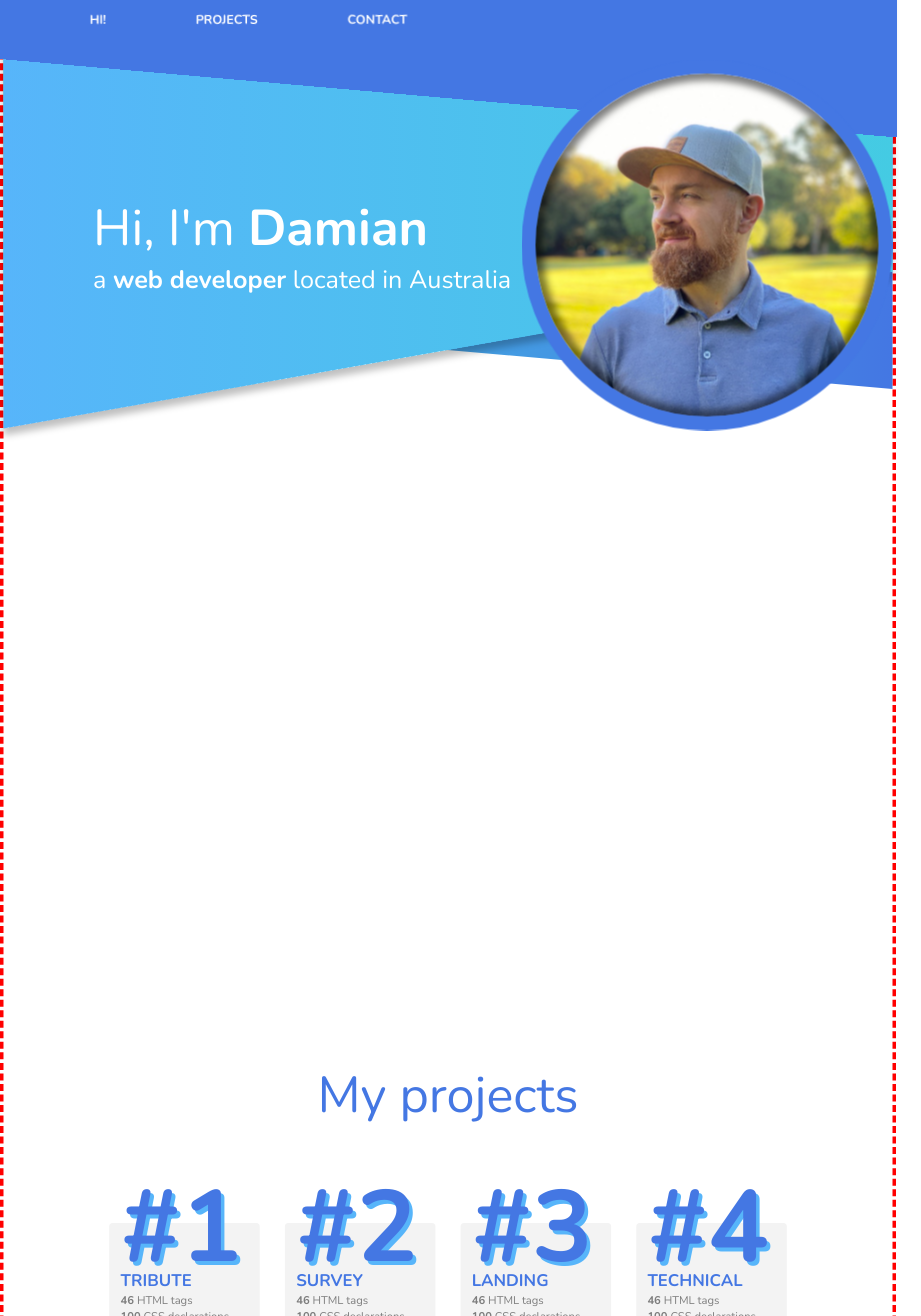
Repository: Colo-Codes/freecodecamp-05-Personal-Portfolio-Webpage
Page: index.html
These files come from the project's save history. The page is drawn as it stood at one moment and after the next save; the edit follows.
The browser window is 1280 px wide. The page is 1316 px wide, so the pictures cover 1316 px, including what lies to the right of the window. The pictures show the part of the page from y = 0 to 1880 px (the page is 2675 px tall before and 1160 px after), at 70% of full size.

Above is the page before, as saved 2021-06-04 07:10:38.

### index.html
<!DOCTYPE html>
<html lang="en">
<head>
    <meta charset="UTF-8">
    <meta http-equiv="X-UA-Compatible" content="IE=edge">
    <meta name="viewport" content="width=device-width, initial-scale=1.0">
    <link rel="preconnect" href="https://fonts.gstatic.com">
    <link href="https://fonts.googleapis.com/css2?family=Nunito:wght@300;400;700&display=swap" rel="stylesheet">
    <link rel="stylesheet" href="./css/index.css">
    <title>Personal Portfolio Webpage</title>
</head>
<body>
    <header>
        <navbar id="navbar">
            <div id="navbar-container">
                <ul id="navbar-flex-container">
                    <li class="navbar-flex-item">Hi!</li>
                    <li class="navbar-flex-item">Projects</li>
                    <li class="navbar-flex-item">Contact</li>
                </ul>
            </div>
        </navbar>
    </header>

    <section id="welcome-section">
            <div id="welcome-section-container">
                    <div id="hero-img" role="img" aria-label="Damian's profile picture: he has a hat, beard, and he is looking left while standing on a green field."></div>
                <div id="hero-text-container">
                    <h1>Hi, I'm <strong>Damian</strong></h1>
                    <p>a <strong>web developer</strong> located in Australia</p>
                </div>
            </div>
            <div id="top-layer"></div>
            <div id="bottom-layer">
                <div id="scroll-to-explore">
                    <p>Scroll to explore</p>
                    <img src="./img/down-arrow.png" alt="Arrow pointing down." height="40px">
                </div>
            </div>
    </section>

    <section id="projects">
        <h2>My projects</h2>
        <div id="project-card-flex-container">

            <div class="project-card">
                <div class="project-card-bg">
                    <div class="project-tile">
                        <a href="#project1"><h3>#1</h3><h4>Tribute</h4></a>
                    </div>
                    <div class="project-descr">
                        <p><strong>46</strong> HTML tags</p>
                        <p><strong>100</strong> CSS declarations</p>
                    </div>
                </div>
            </div>

            <div class="project-card">
                <div class="project-card-bg">
                    <div class="project-tile">
                        <a href="#project1"><h3>#2</h3><h4>Survey</h4></a>
                    </div>
                    <div class="project-descr">
                        <p><strong>46</strong> HTML tags</p>
                        <p><strong>100</strong> CSS declarations</p>
                    </div>
                </div>
            </div>

            <div class="project-card">
                <div class="project-card-bg">
                    <div class="project-tile">
                        <a href="#project1"><h3>#3</h3><h4>Landing</h4></a>
                    </div>
                    <div class="project-descr">
                        <p><strong>46</strong> HTML tags</p>
                        <p><strong>100</strong> CSS declarations</p>
                    </div>
                </div>
            </div>

            <div class="project-card">
                <div class="project-card-bg">
                    <div class="project-tile">
                        <a href="#project1"><h3>#4</h3><h4>Technical</h4></a>
                    </div>
                    <div class="project-descr">
                        <p><strong>46</strong> HTML tags</p>
                        <p><strong>100</strong> CSS declarations</p>
                    </div>
                </div>
            </div>

        </div>
    </section>

    <section id="contact">
        <h2>Connect with me</h2>
        <div id="contact-networks">
            <div class="contact-networks-col">
                <a href="" id="profile-link" target="_blank"><img src="./img/github.png" width="30px"><span>GitHub</span></a>
                <a href="" id="profile-link-fcc" target="_blank"><img src="./img/fire.png" width="30px"><span>FCC</span></a>
                <a href="" id="profile-link-codepen" target="_blank"><img src="./img/3d-outlined-shape.png" width="30px"><span>CodePen</span></a>
            </div>
            <div class="contact-networks-col">
                <a href="" id="profile-link-instagram" target="_blank"><img src="./img/instagram.png" width="30px"><span>Instagram</span></a>
                <a href="" id="profile-link-twitter" target="_blank"><img src="./img/twitter.png" width="30px"><span>Twitter</span></a>
                <a href="mailto:damian.demasi.1@gmail.com" id="profile-link-email" target="_blank"><img src="./img/email.png" width="30px"><span>Email</span></a>
            </div>
        </div>
    </section>

    <footer>
        <div>Icons made by <a href="https://www.flaticon.com/authors/pixel-perfect" title="Pixel perfect">Pixel perfect</a> from <a href="https://www.flaticon.com/" title="Flaticon">www.flaticon.com</a></div>
        <div>Icons made by <a href="https://www.flaticon.com/authors/good-ware" title="Good Ware">Good Ware</a> from <a href="https://www.flaticon.com/" title="Flaticon">www.flaticon.com</a></div>
        <div>Icons made by <a href="https://www.freepik.com" title="Freepik">Freepik</a> from <a href="https://www.flaticon.com/" title="Flaticon">www.flaticon.com</a></div>
        <p>By Damian Demasi &copy;</p>
    </footer>
</body>
</html>

### css/index.css
/* @media */

/* The height of the welcome section should be equal to the height of the viewport. */

/* The navbar should always be at the top of the viewport. */

/* Border-box and font-size */
html {
    box-sizing: border-box;
    font-size: 16px;
}
body {
    font-family: 'Nunito', sans-serif;
}

/* Reset margins and set global values */

*, *::before, *::after {
    box-sizing: inherit;
    margin: 0;
    padding: 0;
}

a:link {
    text-decoration: none;
}

/* Navbar */

#navbar {
    display: block;
    background-color: #4477E3;
    /* 1rem = 16px -> 18.75rem = 300px */
    height: 18.75rem;
    width: 100%;
    transform: skewY(5deg) translateY(-10rem);
    position: fixed;
    z-index: 4;

}
#navbar-container {
    max-width: 90rem;
    margin: auto;

}

#navbar-flex-container {
    display: flex;
    /* align-items: center; */
    /* justify-content: space-around; */
    height: 100%;
    transform: skewY(-5deg) translateY(5rem);
    z-index: 4;
}
.navbar-flex-item {
    list-style: none;
    margin: 6rem 0 0 8rem;
    font-style: normal;
    font-weight: bold;
    font-size: 1.125rem;
    text-transform: uppercase;
    color: white;

}

/* Hero */

#welcome-section {

border: 5px dashed red;
}
#welcome-section-container {
    /* 1440px = 90rem */
    max-width: 90rem;
    height: 40rem;
    margin: auto;
    position: relative;

}

#hero-text-container h1 {
    padding-top: 17rem;
    margin-left: 8rem;
    font-size: 4.5rem;
    font-weight: 300;
    color: white;
}

#hero-text-container > p {
    margin-left: 8rem;
    font-size: 2.25rem;
    color: white;
    font-weight: 300;
}

#hero-text-container {
    position: relative;
    z-index: 3;
}

#hero-img {
    top: 5rem;
    right: 0rem;
    border-radius: 50%;
    width: 33.125rem;
    height: 33.125rem;
    border: 20px solid #4477E3;
    background: url(../img/6D5BF231-2A3E-4029-9EFE-9C82AF0D506F_1_105_c.jpeg);
    background-position: center;
    background-size: contain;
    background-repeat: no-repeat;
    box-shadow: inset 0px 0px 10px 10px rgba(0, 0, 0, 0.5);
    position: absolute;
    z-index: 5;
}

#top-layer {
    background: #57B5FA; /* fallback for old browsers */
    background: -webkit-linear-gradient(to left, #44CBE3, #57B5FA);  /* Chrome 10-25, Safari 5.1-6 */
    background: linear-gradient(to left, #44CBE3, #57B5FA); /* W3C, IE 10+/ Edge, Firefox 16+, Chrome 26+, Opera 12+, Safari 7+ */
    /* 1rem = 16px -> 60.31rem = 865px + 100px */
    /* height: 60.31rem; */
    height: 100vh;
    width: 100%;
    transform: skewY(-10deg) translateY( -54.06rem );
    box-shadow: 0px 10px 10px rgba(0, 0, 0, 0.25);
    position: relative;
    z-index: 2;

}

#bottom-layer {
    background: #4477E3; /* fallback for old browsers */
    background: -webkit-linear-gradient(to right, #44CBE3, #4477E3);  /* Chrome 10-25, Safari 5.1-6 */
    background: linear-gradient(to right, #44CBE3, #4477E3); /* W3C, IE 10+/ Edge, Firefox 16+, Chrome 26+, Opera 12+, Safari 7+ */
    /* 1rem = 16px -> 54.06rem = 865px */
    height: 54.06rem;
    width: 100%;
    transform: skewY(5deg) translateY(-108.12rem); /* 54.06 * 2 */
    position: relative;
    z-index: 1;

}

#scroll-to-explore {
    position: relative;
    top: 90%;
    margin-left: 90%;
    transform: skewY(-5deg);

}

#scroll-to-explore > p {
    font-size: 1.125rem;
    color: white;
    font-weight: 300;

}

#scroll-to-explore > img {
    margin: .5rem 8rem 0 0;
    filter: invert(1);
}

/* Projects */

#projects {
    max-width: 62.72rem;
    /* margin: -145vh auto 0; */
    margin: -100vh auto 0;

}

#project-card-flex-container {
    display: flex;
    justify-content: space-around;
}

#projects h2 {
    color: #4477E3;
    font-size: 4.5rem;
    font-weight: 300;
    text-align: center;
    margin-bottom: 3.375rem;
}

.project-card {
    display: block;
    width: 13.43rem;
    height: 15rem;
    transition: .3s;

}

.project-card:hover {
    background: #F3F3F3;
    background-color: #F3F3F3;
    box-shadow: 0px 10px 30px 3px rgba(0, 0, 0, 0.25);
    border-radius: 5px;
    transition: linear;
    transition: .3s;
}

.project-card-bg {
    margin-top: 5rem;
    height: 10rem;
    background-color: #F3F3F3;
    border-radius: 5px;
    position: relative;
}

.project-card-bg div {
    margin-left: 1rem;
}

.project-tile {
    position: relative;
    top: -4rem;
}

.project-descr {
    position: relative;
    top: -4rem;
    color: #7D7D7D;
}

.project-tile h3 {
    font-weight: 700;
    font-size: 9rem;
    line-height: 1;
    text-shadow: 5px 5px #57B5FA;

}

.project-tile h4 {
    margin-top: -1rem;
    font-size: 1.5rem;
    text-transform: uppercase;
    line-height: 1.5;
}

.project-tile a {
    color: #4477E3;
}

/* Contact */

#contact {
    margin-top: 9rem;
    padding: 5.06rem 0;
    width: 100%;
    height: 100%;
    background: #F3F3F3; /* fallback for old browsers */
    background: -webkit-linear-gradient(to top right, #d2d2d2, #F3F3F3);  /* Chrome 10-25, Safari 5.1-6 */
    background: linear-gradient(to top right, #d2d2d2, #F3F3F3); /* W3C, IE 10+/ Edge, Firefox 16+, Chrome 26+, Opera 12+, Safari 7+ */
}

#contact h2 {
    font-size: 4.5rem;
    font-weight: 300;
    color: #4477E3;
    text-align: center;
}

#contact-networks {
    width: 50rem;
    display: flex;
    margin: auto;
    justify-content: space-around;
}

.contact-networks-col {
    display: flex;
    flex-direction: column;
}

.contact-networks-col:first-of-type {
    margin-left: 5rem;
}

.contact-networks-col:last-of-type {
    margin-right: 5rem;
}

.contact-networks-col a {
    font-size: 1.5rem;
    color: #4477E3;
    display: flex;
    align-items: center;
    padding: 1rem;
}

.contact-networks-col a:hover, .contact-networks-col a:active {
    color: white;
    background-color: #4477E3;
}
.contact-networks-col a:hover img, .contact-networks-col a:active img {
    filter: invert(100%) sepia(0%) saturate(7500%) hue-rotate(26deg) brightness(100%) contrast(150%);;
}

.contact-networks-col img {
    margin-right: 1rem;
    filter: invert(37%) sepia(98%) saturate(969%) hue-rotate(201deg) brightness(94%) contrast(89%);
}

/* Footer */

footer {
    color: #4477E3;
    padding-top: 3rem;
    margin-bottom: 2rem;
    text-align: center;
}

footer a:link, footer a:visited {
    color: #4477E3;
    border-bottom: 1px dashed #4477E3;
}

footer a:hover, footer a:active, footer a:focus {
    color: #57B5FA;
    border-bottom: 1px dashed #57B5FA;
}

footer div {
    font-size: .8rem;
}

footer p {
    font-weight: 700;
    font-style: italic;
    margin-top: 1rem;
}

After the next save:
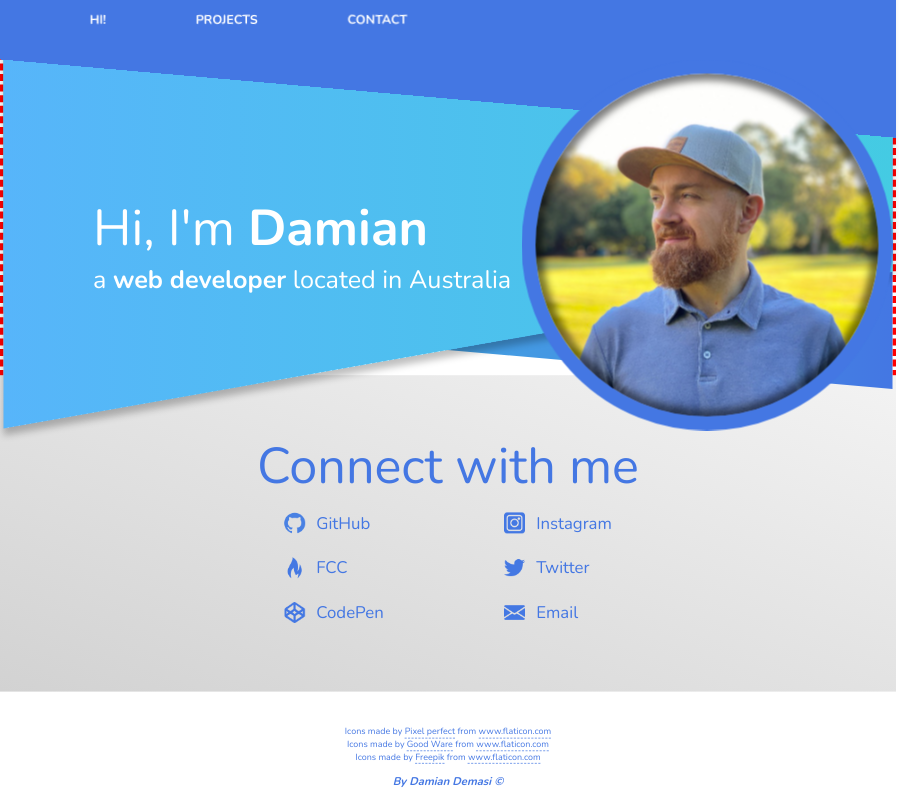
Saved 44 s later.
--- a/css/index.css
+++ b/css/index.css
@@ -67,7 +67,8 @@ a:link {
 
 #welcome-section {
 
-border: 5px dashed red;
+    height: 100vh;
+    border: 5px dashed red;
 }
 #welcome-section-container {
     /* 1440px = 90rem */
